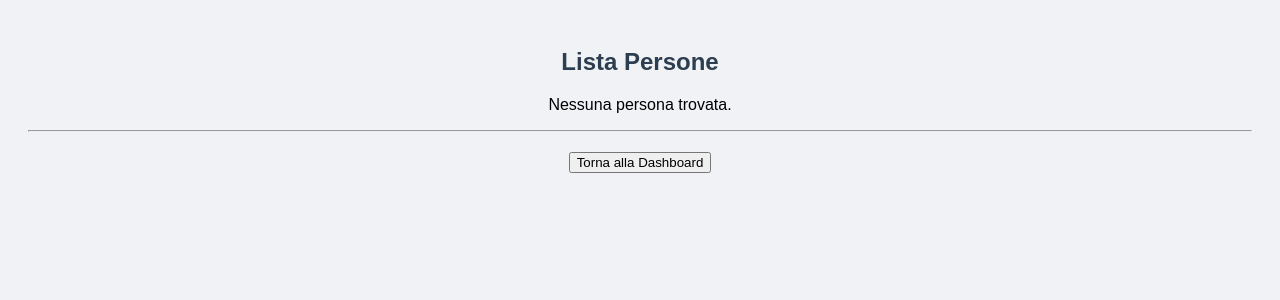
Repository: PcarloP/java_se
Page: http://localhost/anagraficaweb/update
The author's editor kept a copy of each file at every save. The page is drawn from the files as they stood at one save, then again after the next save.
The browser window is 1280 px wide. The pictures show the whole page.
The page is served by Tomcat 10. Other server files are loaded and not shown. Queries for data that is not in the repository find no rows.

Above is the page before, as saved 2025-06-22 22:21:15.

### anagraficaweb/WebContent/updatesetter.jsp
<%@ page language="java" contentType="text/html; charset=UTF-8" import="java.util.List, it.promimpresa.anagrafica.modello.Persona" %>
<!DOCTYPE html>
<html lang="it">
<head>
    <meta charset="UTF-8" />
    <title>Aggiorna Persona</title>
    <style>
        body {
            font-family: Arial, sans-serif;
            background-color: #f0f2f5;
            padding: 20px;
        }
        h2 {
            text-align: center;
            color: #2c3e50;
        }
        table {
            margin: auto;
            width: 80%;
            border-collapse: collapse;
            background-color: #fff;
            box-shadow: 0 0 8px rgba(0,0,0,0.1);
        }
        th, td {
            padding: 12px;
            border: 1px solid #ddd;
            text-align: center;
        }
        th {
            background-color: #007bff;
            color: white;
        }
        a.button {
            padding: 6px 12px;
            background-color: #007bff;
            color: white;
            border-radius: 4px;
            text-decoration: none;
            cursor: pointer;
        }
        a.button:hover {
            background-color: #0056b3;
        }
        form.update-form {
            width: 80%;
            max-width: 600px;
            margin: 30px auto;
            background: white;
            padding: 20px;
            border-radius: 8px;
            box-shadow: 0 0 10px #aaa;
        }
        form.update-form label {
            display: block;
            margin-top: 10px;
            font-weight: bold;
        }
        form.update-form input[type="text"],
        form.update-form input[type="date"] {
            width: 100%;
            padding: 8px;
            margin-top: 5px;
            border: 1px solid #ccc;
            border-radius: 5px;
        }
        form.update-form button {
            margin-top: 20px;
            background-color: #28a745;
            border: none;
            padding: 10px 15px;
            color: white;
            font-weight: bold;
            border-radius: 5px;
            cursor: pointer;
        }
        form.update-form button:hover {
            background-color: #218838;
        }
    </style>
</head>
<body>

<h2>Lista Persone</h2>

<%
    List<Persona> persone = (List<Persona>) request.getAttribute("persone");
    Persona personaDaModificare = (Persona) request.getAttribute("persona");

    if (persone != null && !persone.isEmpty()) {
%>
<table>
    <thead>
        <tr>
            <th>ID</th>
            <th>Nome</th>
            <th>Cognome</th>
            <th>Codice Fiscale</th>
            <th>Data Nascita</th>
            <th>Modifica</th>
        </tr>
    </thead>
    <tbody>
    <% for (Persona p : persone) { %>
        <tr>
            <td><%= p.getId() %></td>
            <td><%= p.getNome() %></td>
            <td><%= p.getCognome() %></td>
            <td><%= p.getCF() %></td>
            <td><%= p.getDataNascita() != null ? p.getDataNascita().toLocalDate() : "" %></td>
            <td>
                <a class="button" href="<%=request.getContextPath()%>/update?id=<%= p.getId() %>">Modifica</a>
            </td>
        </tr>
    <% } %>
    </tbody>
</table>
<% } else { %>
    <p style="text-align:center;">Nessuna persona trovata.</p>
<% } %>

<% if (personaDaModificare != null) { %>
    <h2>Modifica Persona ID: <%= personaDaModificare.getId() %></h2>
    <form class="update-form" action="<%=request.getContextPath()%>/update" method="post">
        <input type="hidden" name="id" value="<%= personaDaModificare.getId() %>" />

        <label for="nome">Nome:</label>
        <input type="text" id="nome" name="nome" value="<%= personaDaModificare.getNome() %>" required />

        <label for="cognome">Cognome:</label>
        <input type="text" id="cognome" name="cognome" value="<%= personaDaModificare.getCognome() %>" required />

        <label for="cf">Codice Fiscale:</label>
        <input type="text" id="cf" name="cf" value="<%= personaDaModificare.getCF() %>" required />

        <label for="datanascita">Data di Nascita:</label>
        <input type="date" id="datanascita" name="dataNascita" value="<%= personaDaModificare.getDataNascita() != null ? personaDaModificare.getDataNascita().toLocalDate() : "" %>" />

        <button type="submit">Salva Modifiche</button>
    </form>
<% } %>


<hr>
<div style="text-align: center; margin-top: 20px;">
  <button type="button" class="button-link" onclick="window.location.href='<%=request.getContextPath()%>/dashboard.jsp'">
    Torna alla Dashboard
  </button>
</div>

</body>
</html>

### anagraficaweb/src/main/java/it/promimpresa/anagrafica/controllo/Update.java
package it.promimpresa.anagrafica.controllo;

import jakarta.servlet.ServletException;
import jakarta.servlet.annotation.WebServlet;
import jakarta.servlet.http.HttpServlet;
import jakarta.servlet.http.HttpServletRequest;
import jakarta.servlet.http.HttpServletResponse;
import java.io.IOException;
import java.time.LocalDate;
import java.time.LocalDateTime;
import java.time.format.DateTimeParseException;
import java.util.List;

import it.promimpresa.anagrafica.modello.Persona;
import it.promimpresa.anagrafica.persistenza.DAOException;
import it.promimpresa.anagrafica.persistenza.persistenza.impl.PersonaDAOImpl;

/**
 * Servlet implementation class Update
 */
@WebServlet("/update")
public class Update extends HttpServlet {
	private static final long serialVersionUID = 1L;
	private static PersonaDAOImpl personaDAO = new PersonaDAOImpl();

    /**
     * @see HttpServlet#HttpServlet()
     */
    public Update() {
        super();
        // TODO Auto-generated constructor stub
    }

	/**
	 * @see HttpServlet#doGet(HttpServletRequest request, HttpServletResponse response)
	 */
	protected void doGet(HttpServletRequest request, HttpServletResponse response) throws ServletException, IOException {

		String idParam = request.getParameter("id");
		 try {
	            if (idParam == null) {
	                // Nessun ID: mostra l'elenco delle persone da modificare
	                List<Persona> persone = personaDAO.findAll();
	                request.setAttribute("persone", persone);
	                request.getRequestDispatcher("/updatesetter.jsp").forward(request, response);
	            } else {
	                // Con ID: carica la persona specifica e mostra la pagina con form di modifica
	                int id = Integer.parseInt(idParam);
	                Persona persona = personaDAO.findById(id);

	                if (persona != null) {
	                    request.setAttribute("persone", personaDAO.findAll()); // per mostrare sempre la lista
	                    request.setAttribute("persona", persona);
	                    request.getRequestDispatcher("/updatesetter.jsp").forward(request, response);
	                } else {
	                    request.setAttribute("messaggio", "Persona con ID " + id + " non trovata.");
	                    request.setAttribute("persone", personaDAO.findAll());
	                    request.getRequestDispatcher("/updatesetter.jsp").forward(request, response);
	                }
	            }
	        } catch (DAOException | NumberFormatException e) {
	            request.setAttribute("messaggio", "Errore durante il caricamento dei dati.");
	            request.getRequestDispatcher("/dashboard.jsp").forward(request, response);
	        }
		}








	/**
	 * @see HttpServlet#doPost(HttpServletRequest request, HttpServletResponse response)
	 */
	protected void doPost(HttpServletRequest request, HttpServletResponse response) throws ServletException, IOException {

		 try {
	            String idParam = request.getParameter("id");
	            String nome = request.getParameter("nome");
	            String cognome = request.getParameter("cognome");
	            String cf = request.getParameter("cf");
	            String dataNascitaParam = request.getParameter("dataNascita");

	            if (idParam == null || idParam.isEmpty()) {
	                request.setAttribute("messaggio", "ID persona mancante per l'aggiornamento.");
	                doGet(request, response);
	                return;
	            }

	            int id = Integer.parseInt(idParam);
	            Persona persona = personaDAO.findById(id);

	            if (persona == null) {
	                request.setAttribute("messaggio", "Persona con ID " + id + " non trovata.");
	                doGet(request, response);
	                return;
	            }

	            // Aggiorna i dati
	            persona.setNome(nome);
	            persona.setCognome(cognome);
	            persona.setCF(cf);

	            if (dataNascitaParam != null && !dataNascitaParam.isEmpty()) {
	                try {
	                    LocalDate dataNascita = LocalDate.parse(dataNascitaParam);
	                    persona.setDataNascita(dataNascita.atStartOfDay());
	                } catch (DateTimeParseException e) {
	                    request.setAttribute("messaggio", "Data di nascita non valida, ignorata.");
	                }
	            } else {
	                persona.setDataNascita(null);
	            }

	            // Aggiorna nel DB
	            personaDAO.update(persona);

	            request.setAttribute("messaggio", "Persona aggiornata con successo!");
	        } catch (DAOException | NumberFormatException e) {
	            request.setAttribute("messaggio", "Errore durante l'aggiornamento.");
	        }

	        // Dopo l’aggiornamento ricarica la lista senza form di modifica
	        try {
	            List<Persona> persone = personaDAO.findAll();
	            request.setAttribute("persone", persone);
	        } catch (DAOException e) {
	            request.setAttribute("messaggio", "Errore nel caricamento della lista dopo aggiornamento.");
	        }
	        request.getRequestDispatcher("/updatesetter.jsp").forward(request, response);
	    }
}

### anagraficaweb/src/main/java/it/promimpresa/anagrafica/persistenza/DataSource.java
package it.promimpresa.anagrafica.persistenza;

import java.sql.DriverManager;
import java.sql.SQLException;

import com.sun.jdi.connect.spi.Connection;

public class DataSource {

	private static final String URL = "jdbc:mysql://localhost:3306/anagrafica_db";
	private static final String USER = "root";
	private static final String PASSWORD = "";
	private static final String DRIVER = "com.mysql.cj.jdbc.Driver";

	static {
		try {
			Class.forName(DRIVER);
		} catch (ClassNotFoundException e) {
			System.out.println(e.getMessage());
		}
	}

	public static java.sql.Connection getConnection() throws SQLException {
		return DriverManager.getConnection(URL, USER, PASSWORD);
	}
}

### anagraficaweb/src/main/java/it/promimpresa/anagrafica/persistenza/DBUtil.java
package it.promimpresa.anagrafica.persistenza;

import java.sql.*;

public class DBUtil {

	private DBUtil() {
	}

	public static void close(ResultSet rs) {
		try {
			if (rs != null) {
				rs.close();
			}
		} catch (SQLException e) {
			System.out.println(e.getMessage());
		}
	}

	public static void close(PreparedStatement statement) {
		try {
			if (statement != null) {
				statement.close();
			}
		} catch (SQLException e) {
			System.out.println(e.getMessage());
		}
	}

	public static void close(Connection connection) {
		try {
			if (connection != null) {
				connection.close();
			}
		} catch (SQLException e) {
			System.out.println(e.getMessage());
		}
	}

}

After the next save:
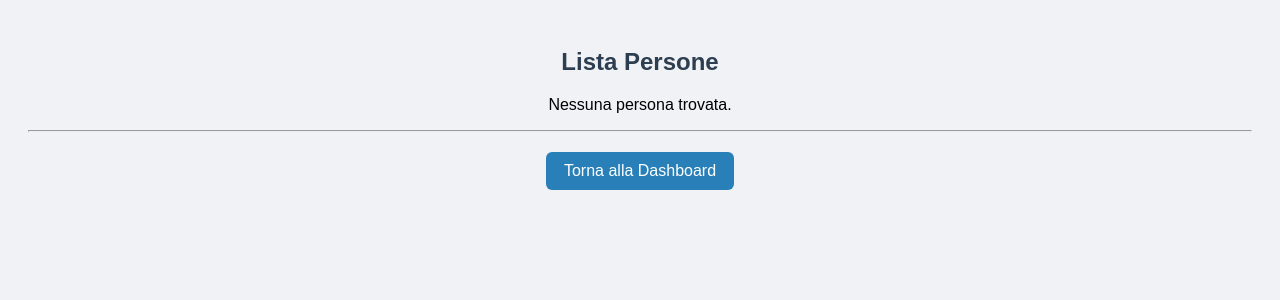
Saved 34 s later.
--- a/anagraficaweb/WebContent/updatesetter.jsp
+++ b/anagraficaweb/WebContent/updatesetter.jsp
@@ -4,6 +4,26 @@
 <head>
     <meta charset="UTF-8" />
     <title>Aggiorna Persona</title>
+    <style>
+  .button-link {
+    background-color: #2980b9;
+    color: white;
+    border: none;
+    padding: 10px 18px;
+    border-radius: 6px;
+    cursor: pointer;
+    font-size: 1em;
+    transition: background-color 0.3s ease;
+  }
+  .button-link:hover {
+    background-color: #1c5980;
+  }
+  .button-container {
+    text-align: center;
+    margin-top: 20px;
+  }
+</style>
+
     <style>
         body {
             font-family: Arial, sans-serif;
